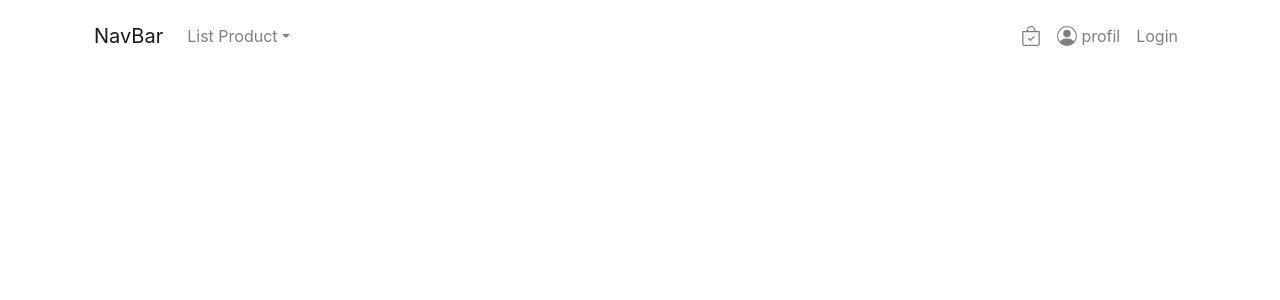
Repository: AHSANS354/ecommerce-catalog
Page: /
An editor plug-in stored every save of this project. The page is shown before and after the next save, followed by the edit.
The browser window is 1280 px wide. The pictures show the whole page.
The project was rebuilt for these pictures with package versions that can differ from the ones it lists, and the page was loaded fresh each time. Also part of the build but not shown: vue.config.js.

Above is the page before, as saved 2023-03-01 15:49:04.

After the next save:
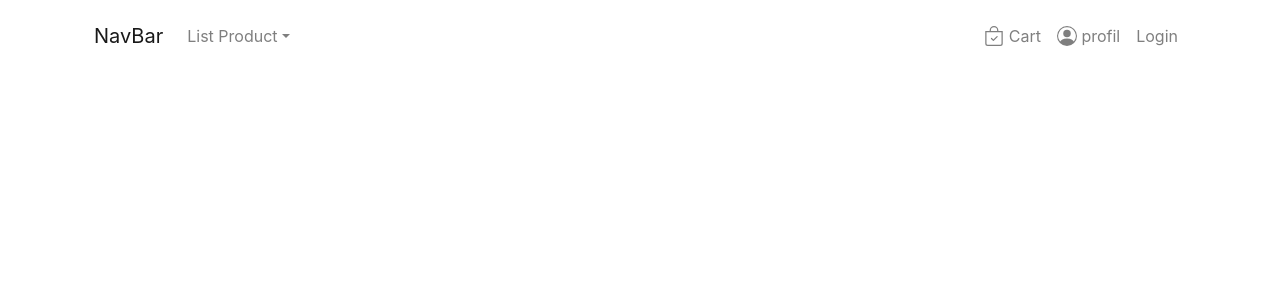
Saved 38 s later.
--- a/src/components/NavbarView.vue
+++ b/src/components/NavbarView.vue
@@ -18,8 +18,10 @@
         <!-- Right aligned nav items -->
         <b-navbar-nav class="ml-auto">
           <router-link to="/"
-            ><b-nav-item><b-icon-bag-check></b-icon-bag-check></b-nav-item
-          ></router-link>
+            ><b-nav-item
+              ><b-icon-bag-check></b-icon-bag-check> Cart</b-nav-item
+            ></router-link
+          >
           <router-link to="/"
             ><b-nav-item
               ><b-icon-person-circle></b-icon-person-circle> profil</b-nav-item
